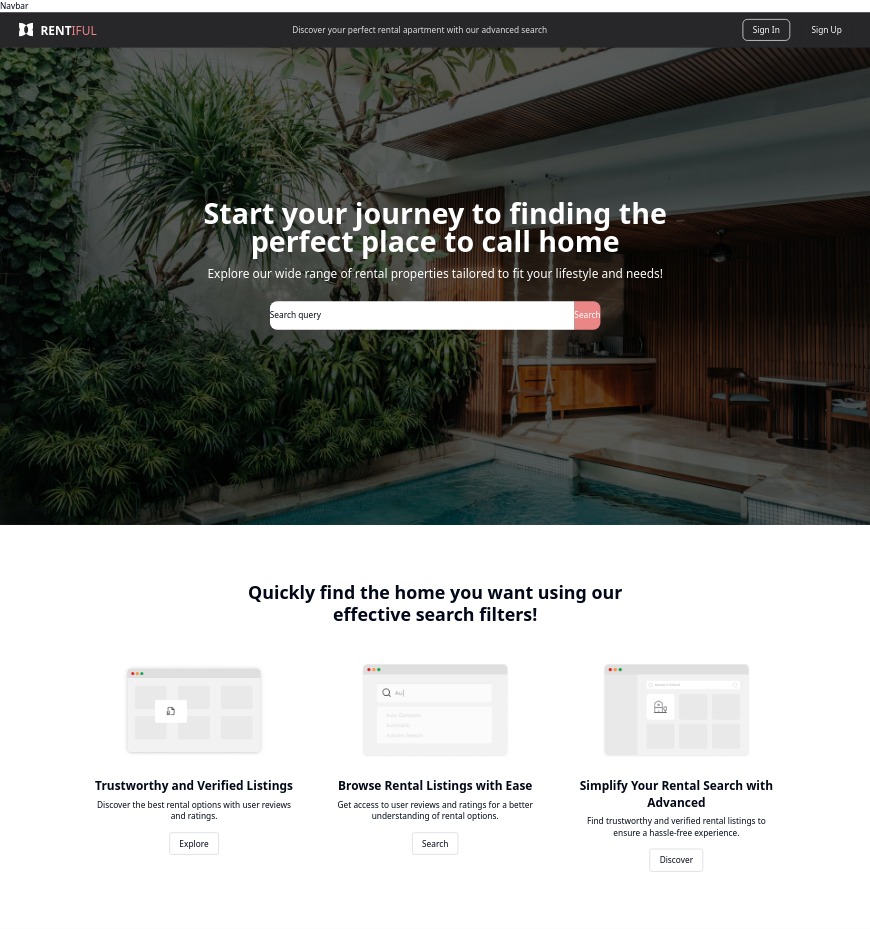
Repository: richiectr360/real-estate-prod
Page: /landing (app in client/)
An editor plug-in stored every save of this project. The page is shown before and after the next save, followed by the edit.
The browser window is 1280 px wide. The pictures show the whole page, at 68% of full size.
The page's requests for data from a server got no answer. The project was rebuilt for these pictures with package versions that can differ from the ones it lists, and the page was loaded fresh each time. The framework's server and built-in components were replaced by stand-ins that run in the browser. No one was signed in, and anything a server would have sent is missing. Also part of the build but not shown: client/next.config.ts.

Above is the page before, as saved 2025-05-21 22:04:23.

After the next save:
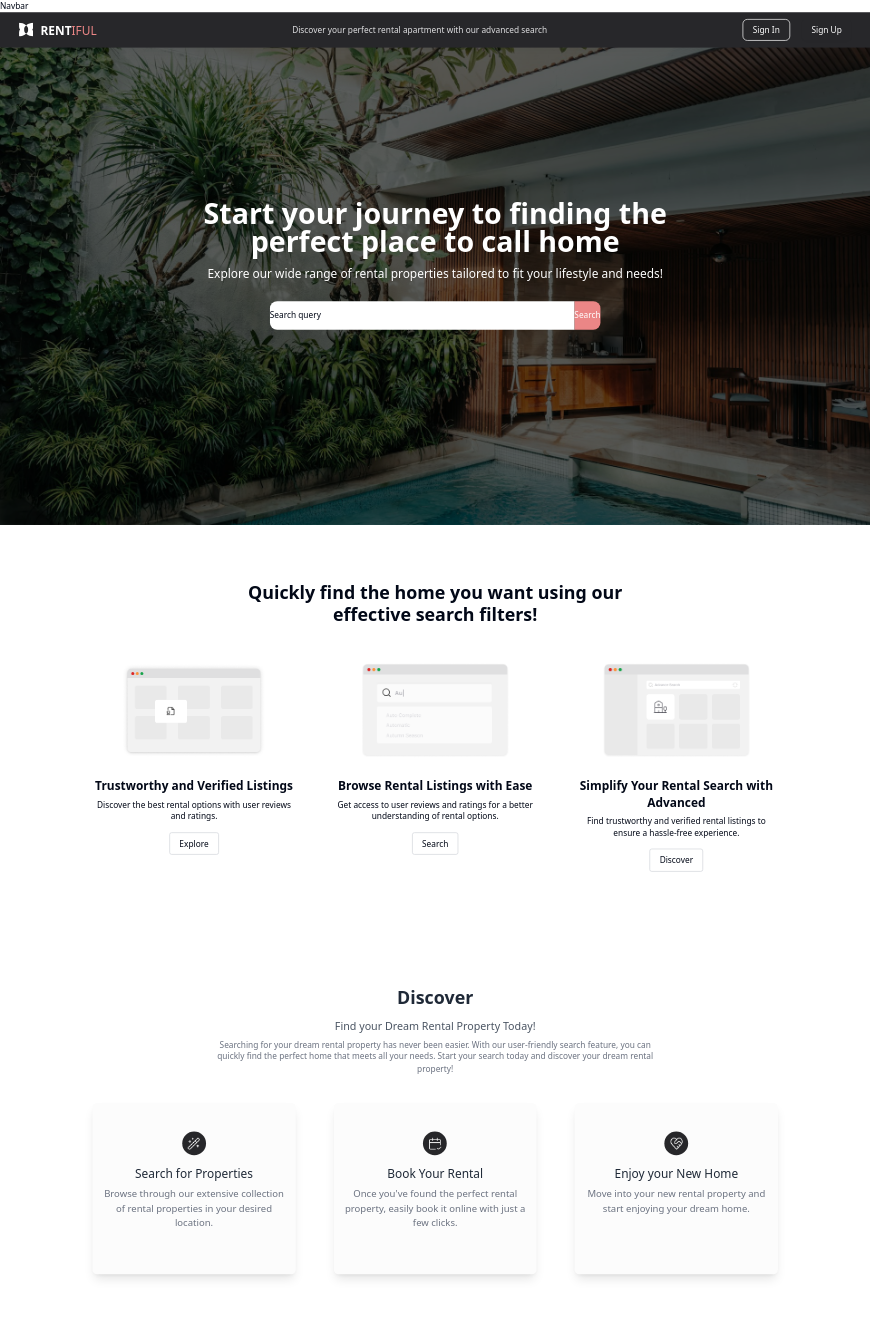
Saved 25 s later.
--- a/client/src/app/(nondashboard)/landing/page.tsx
+++ b/client/src/app/(nondashboard)/landing/page.tsx
@@ -23,12 +23,14 @@
 import React from "react";
 import HeroSection from "./HeroSection";
 import FeaturesSection from "./FeaturesSection";
+import DiscoverSection from "./DiscoverSection";
 
 const Landing = () => {
   return (
     <div>
       <HeroSection />
       <FeaturesSection />
+      <DiscoverSection />
     </div>
   );
 };
